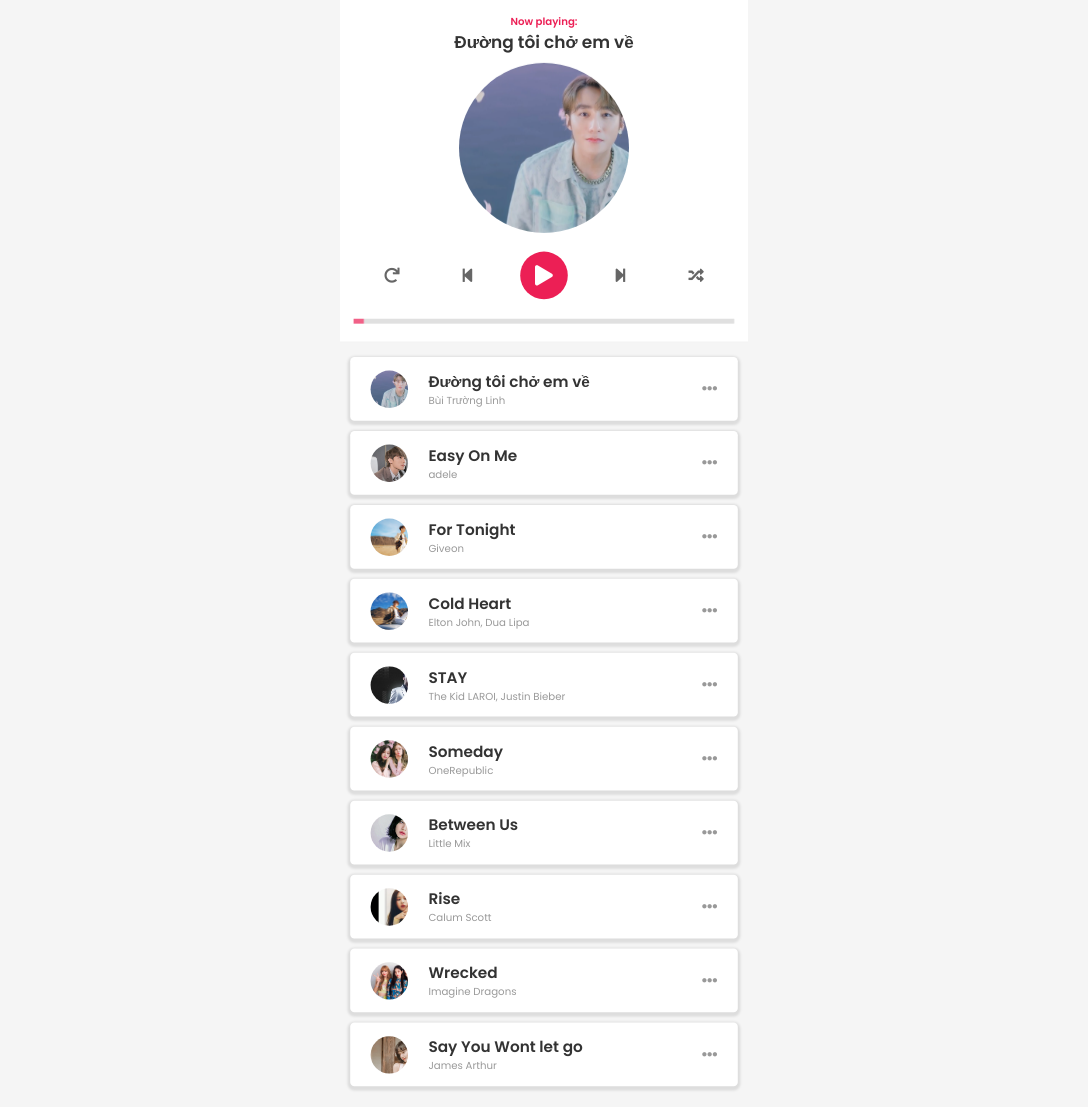
Repository: maivannhan1998/MusicPlayer.github.io
Page: index.html
These files come from the project's save history. The page is drawn as it stood at one moment and after the next save; the edit follows.
The browser window is 1280 px wide. The pictures show the whole page, at 85% of full size.

Above is the page before, as saved 2021-11-11 00:56:36.

After the next save:
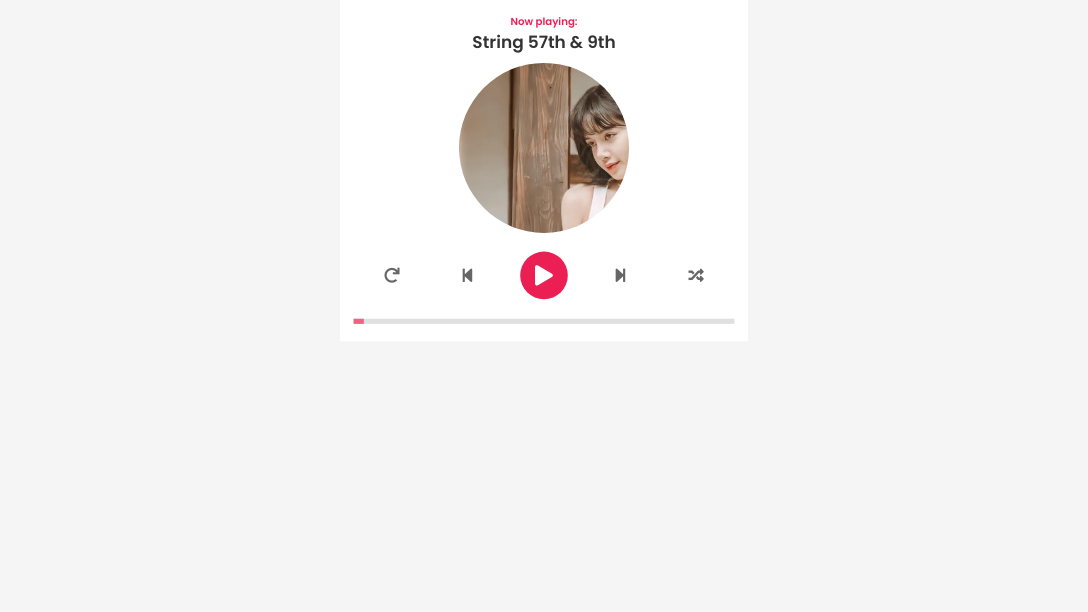
Console error: SyntaxError: Unexpected string
Saved 6 min 1 s later.
--- a/index.html
+++ b/index.html
@@ -161,9 +161,9 @@
             ],
 
             render: function(){
-                const htmls = this.songs.map((song) => {
+                const htmls = this.songs.map((song, index) => {
                     return `
-                        <div class="song">
+                        <div class="song ${index === this.currentSong ? 'active : '''}">
                             <div class="thumb"
                                 style="background-image: url('${song.image}')">
                             </div>

After the save that followed:
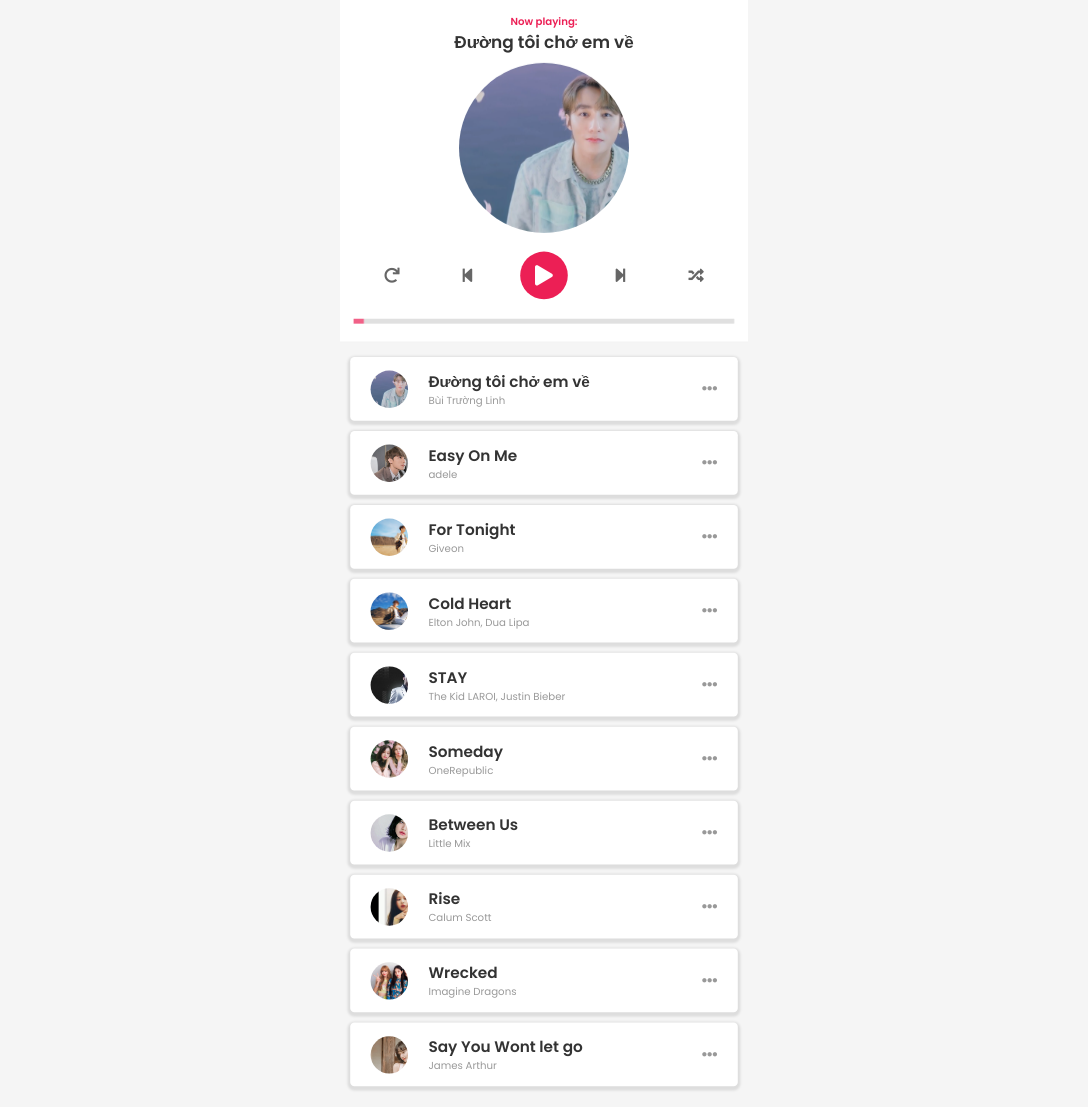
The error is gone.
Saved 49 s later.
--- a/index.html
+++ b/index.html
@@ -163,7 +163,7 @@
             render: function(){
                 const htmls = this.songs.map((song, index) => {
                     return `
-                        <div class="song ${index === this.currentSong ? 'active : '''}">
+                        <div class="song ${index === this.currentSong ? 'active' : '' }">
                             <div class="thumb"
                                 style="background-image: url('${song.image}')">
                             </div>
